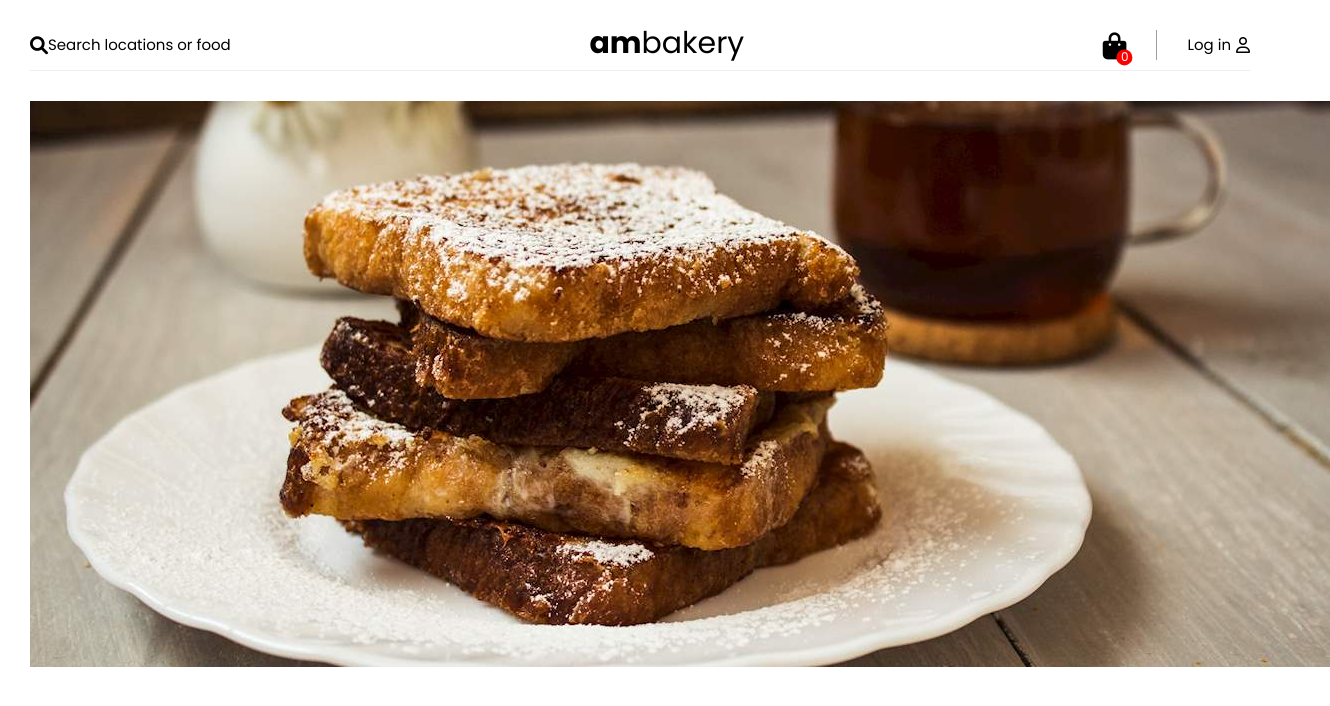
Repository: ntsanq/AmBakery
Page: http://localhost/
These files come from the project's save history. The page is drawn as it stood at one moment and after the next save; the edit follows.
The browser window is 1280 px wide. The page is 1330 px wide, so the pictures cover 1330 px, including what lies to the right of the window. The pictures show the whole page.
The page is run by PHP 8.4 with error messages shown; the project is at /var/www/html/.

Above is the page before, as saved 2021-12-11 16:09:20.

### khachhang/index.php
<!DOCTYPE html>
<html lang="en">
<head>
  <meta charset="UTF-8">
  <meta http-equiv="X-UA-Compatible" content="IE=edge">
  <meta name="viewport" content="width=device-width, initial-scale=1.0">
  <title>Document</title>
  <!-- GOOGLE FONT  -->
  <link href="https://fonts.googleapis.com/css2?family=Poppins:wght@300;400;500;600;700&family=Roboto:wght@500&display=swap0" rel="stylesheet">
    <!-- FONTAWESOME  -->
    <link rel="stylesheet" href="https://cdnjs.cloudflare.com/ajax/libs/font-awesome/6.0.0-beta3/css/all.min.css" integrity="sha512-Fo3rlrZj/k7ujTnHg4CGR2D7kSs0v4LLanw2qksYuRlEzO+tcaEPQogQ0KaoGN26/zrn20ImR1DfuLWnOo7aBA==" crossorigin="anonymous" referrerpolicy="no-referrer" />
  <link rel="stylesheet" href="./css/style.css">
</head>
<body>
  <header>
    <div class="header__left">
      <button class="btn header__search__btn">
        <i class="fas fa-search"></i>
      </button>
      <span>Search locations or food</span>
    </div>
    <div class="header__middle">
      <a href="#" class="header__logo">
        <!-- <img src="img/ta-logo-tamni.png" alt="TasteAtlas">         -->
        <span><b>am</b>bakery</span>
      </a>
    </div>

    <div class="header__right">

      <!-- <a href="#" class="btn header__submit">
        <span>submit info or photo</span>
      </a> -->
      <div class="header__cart">
        <i class="fas fa-shopping-bag"></i>
        <span>0</span>
      </div>
      <div class="vertical-line"></div>
      <a href="#" class="header__login">
        <span>Log in</span>
        <i class="far fa-user"></i>
      </a>


    </div>
    </header>

    <div class="container">
      <img src="img/banner-1.jpg" alt="Pain perdu">
    </div>
</body>
</html>

### khachhang/css/style.css
* {
  margin: 0;
  padding: 0;
}

*,
*::before,
*::after {
  box-sizing: inherit;
}

html {
  box-sizing: border-box;
  font-size: 62.5%;
}


body {
  font-family: "Poppins", sans-serif;
  font-weight: 400;
  line-height: 1.6rem;
  font-size: 1.4rem;
  margin: 3rem;
  position: relative;
  background-color: #fff;
}

header{
  width: 100%;
  font-family: inherit;
  display: flex;
  justify-content: space-between;
  align-items: center;
  font-size: 1.5rem;
  padding-bottom: 1rem;
  border-bottom: 1px solid rgba(221, 218, 218, 0.445);
}
a{
  text-decoration: none;
  color: black;
}
.vertical-line{
  width: 1px; /* Line width */
  background-color: rgba(0, 0, 0, 0.377); /* Line color */
  height: 3rem;
}
/* HEADER */
.btn{
  border: none;
  background-color: transparent;
}
.header__left{
  display: flex;
  justify-content: center;
  align-items: center;
}
.fa-search{
  font-size: 1.8rem;

}
.header__logo span{
  font-size: 3rem;
}
/* .header__logo img{
  width: 12.8rem;
  height: 2.8rem;
} */
.header__submit{
  border: 1px solid rgba(204, 204, 204, 0.555);
  padding: 1rem 2rem;
}
.header__right{
  display: flex;
  justify-content: center;
  align-items: center;
  gap: 0 3rem;
}
/* .header__submit span{
  text-transform: uppercase;
  font-family: "Roboto",sans-serif;
  font-weight: 500;
  display: inline-block;
  vertical-align: center;
} */
.header__login{
  display: flex;
  justify-content: center;
  align-items: center;
  gap: 0 0.5rem;
  transition: all .3s;
}
.header__login:hover{
  color:  #fe8777 ;

}
.fa-user{
  font-size: 1.6rem;
}
.header__cart{
  position: relative;
}
.header__cart span{
  font-size: 1.2rem;
  position: absolute;
  right: 0;
  bottom: 0;
  transform: translate(40%,40%);
  z-index: 100000;
  width: 1.6rem;
  height: 1.6rem;
  border-radius: 100rem;
  background-color: red;
  color: #fff;
  display: flex;
  justify-content: center;
  align-items: center;
}
.fa-shopping-bag{
  font-size: 2.7rem;
  transition: all 0.3s;

}
.fa-shopping-bag:hover{
  color:  #fe8777 ;
  cursor: pointer;
}

/* ///////////////////////////////////////////////
////////////////////// BANNER */
.container{
  width: 130rem;
  margin: 3rem auto;

}
.banner{
  display: flex;
  justify-content: center;
  align-items: center;
}
.banner img{
  box-shadow: 0rem 0rem 3rem 0rem  rgba(0, 0, 0, 0.336)
}

/* /////////////////////////////////////
///////////////////////// PRODUCT CATEGORY */

.product{
  display: flex;
  justify-content: center;
  align-items: center;
  flex-direction: column;
  border-bottom: 1px solid #ccc;

}
.product__heading{
  font-size: 3rem;
  margin: 6rem;
}
.product_category{
  display: flex;
  justify-content: space-between;
  align-items: center;
}
.product__card{
  flex: 1 1 25%;
  padding: 3rem;
  color: #828282;
}
.product__card--body{
  display: flex;
  justify-content: center;
  align-items: flex-start;
  flex-direction: column;
  background-color: #fff;
  box-shadow: 0 1.3rem 2.4rem 0 rgb(0 0 0 / 5%);
}
.product__photo img{
  width: 100%;
  height: 16rem;
}
.product__info{
align-self: stretch;
display: flex;
justify-content: center;
align-items: flex-start;
flex-direction: column;
gap: 1.5rem 0;
margin: .9rem;
position: relative;
}
.product__info--text{
  display: flex;
  justify-content: center;
  align-items: flex-start;
  flex-direction: column;
  gap: .9rem 0;
}
.group a{
  color: rgb(75, 75, 75);
}
.price{

}
.product__cart{
  position: absolute;
  right: 0;
  bottom: 0;
}
.product__cart--btn{
  font-family: inherit;
  font-weight: 500;
  border: none;
  background-color: transparent;
  border-bottom: 2px solid #fe8777;
}
.product__cart--btn:hover{
  cursor: pointer;
  color:  #fe8777 ;
  transition: all .3s;
}


/* ///////////////////////////////////////////
///////////////// FOOTER  */
footer{
  margin-top: 6rem;
  display: flex;
  justify-content: center;
  align-items: center;
  flex-direction: column;
  gap: 3rem 0;
}
.social__contact{
  display: flex;
  justify-content: center;
  align-items: center;
  gap: 0 1.5rem;
}
.social__contact .fab{
  font-size: 2rem;
}
.social__contact .fab:hover{
cursor: pointer;
}

.footer__nav{

}
.nav__list{
  display: flex;
  justify-content: center;
  align-items: center;
  list-style: none;
  gap: 0 3rem;
  font-size: 1.8rem;

}
.nav__list-item:hover{
  cursor: pointer;
}
footer span{
  font-size: 1.2rem;
}

After the next save:
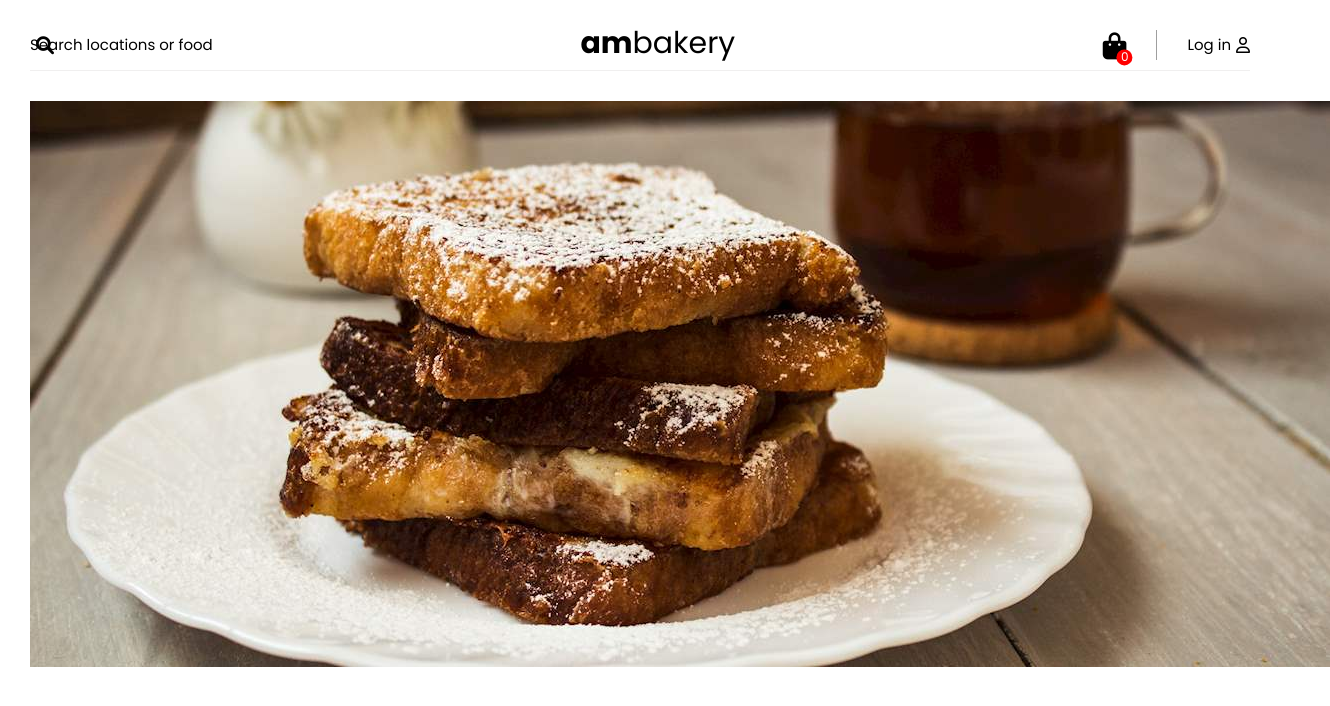
Saved 23 s later.
--- a/khachhang/css/style.css
+++ b/khachhang/css/style.css
@@ -56,7 +56,7 @@
 }
 .fa-search{
   font-size: 1.8rem;
-
+  margin-right: -3rem;
 }
 .header__logo span{
   font-size: 3rem;
